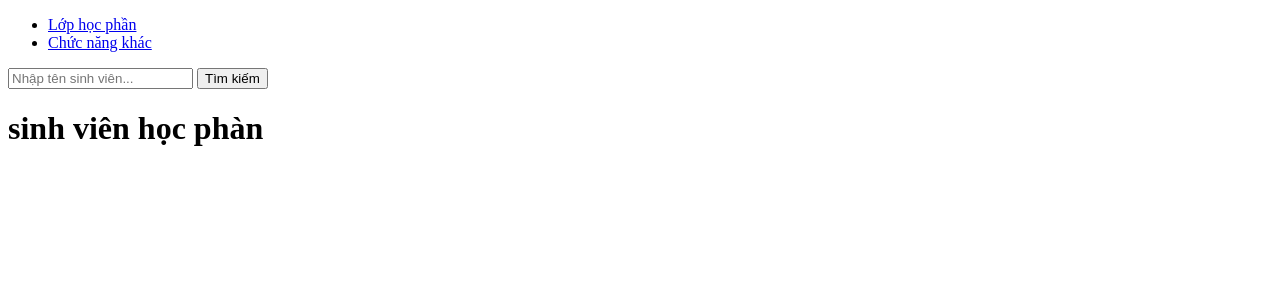
Repository: huycodedie/thuctap
Page: http://localhost/cnpm/test/index.php
These files come from the project's save history. The page is drawn as it stood at one moment and after the next save; the edit follows.
The browser window is 1280 px wide. The pictures show the whole page.
The page is run by PHP 8.4 with error messages shown; the project is at /var/www/html/.

Above is the page before, as saved 2024-12-07 17:51:05.

### test/index.php
<!DOCTYPE html>
<html lang="en">
<head>
    <meta charset="UTF-8">
    <meta name="viewport" content="width=device-width, initial-scale=1.0">
    <title>Dynamic Loading</title>
    <script src="https://code.jquery.com/jquery-3.6.0.min.js"></script>
</head>
<body>
    <div id="sidebar">
        <!-- Thanh chức năng cố định -->
        <ul>
            <li><a href="#" class="load-content" data-action="sv-lop-hoc-phan">Lớp học phần</a></li>
            <li><a href="#" class="load-content" data-action="doi">Chức năng khác</a></li>
        </ul>
    </div>
    <form id="search-form">
        <input type="text" name="search" id="search" placeholder="Nhập tên sinh viên..." autocomplete="off">
        <button type="submit">Tìm kiếm</button>
    </form>
    <div id="content">

        <!-- Nội dung thay đổi sẽ được tải vào đây -->

        <?php include("svhocphan.php"); // Nội dung mặc định ?>
    </div>

    <script>
        // Sử dụng AJAX để thay đổi nội dung động
        $(document).on('click', '.load-content', function (e) {
            e.preventDefault();

            // Lấy action từ thuộc tính data-action
            const action = $(this).data('action');

            // Gửi yêu cầu AJAX đến server
            $.get("load_content.php", { action: action }, function (data) {
                // Tải nội dung trả về vào phần #content
                $("#content").html(data);
            });
        });
    </script>
    <script>
    // Sự kiện tìm kiếm với delegated events
$(document).on("submit", "#search-form", function (e) {
    e.preventDefault();

    const searchQuery = $("#search").val();

    $.get("load_content.php", { action: "search", query: searchQuery }, function (data) {
        $("#content").html(data);
    });
});

</script>
</body>
</html>

### test/svhocphan.php
<h1>sinh viên học phàn</h1>

After the next save:
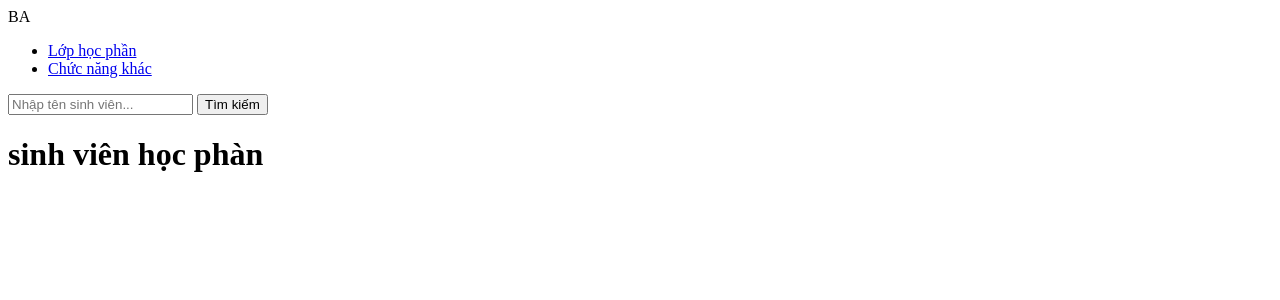
Saved 17 s later.
--- a/test/index.php
+++ b/test/index.php
@@ -1,6 +1,6 @@
 <!DOCTYPE html>
 <html lang="en">
-<head>
+<head>BA
     <meta charset="UTF-8">
     <meta name="viewport" content="width=device-width, initial-scale=1.0">
     <title>Dynamic Loading</title>
